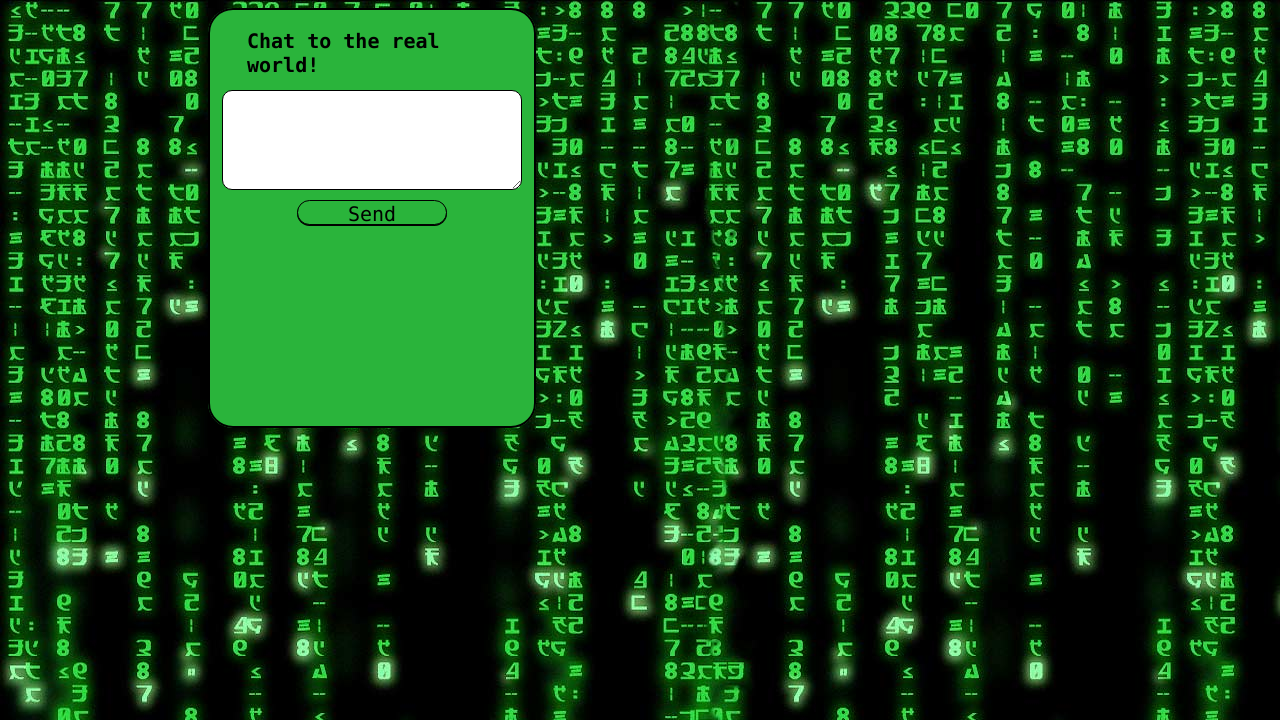
Repository: fr222cy/1dv403-JavaScript-L01
Page: 2-labbymezzage/index.html
The author's editor kept a record of every edit. The page is drawn from the files as they stood at one moment, then again after the next edit.
The browser window is 1280 px wide. The pictures show the whole page.

Above is the page before.

### 2-labbymezzage/index.html
<html>
<head>
    	<meta charset="UTF-8" />
    	<title>Labby Mezzage!</title>
    	<link rel="stylesheet" href="style.css">
        <script src="Message.js"></script>
         <script src="MessageBoard.js"></script>
</head>
    <body>
            <fieldset id="fieldset">
                <h1>Chat to the real world! </h1>

                <textarea id="form"name="Text:" rows="3" cols="20"></textarea></div>
                <input id ="send" type="submit" value="Send" >
                </div>
            </fieldset>


    </body>
</html>

### 2-labbymezzage/style.css
body
{

    background-image:url("pics/matrix.jpg");
}
#fieldset
{
    margin-left:200px;
    float:left;
    background-color:#2AB43B;
    max-width: 300px;
    height: 400px;
     border: 2px solid;
    border-radius: 25px;
}
#form
{

    font-family:Consolas, monaco, monospace;
    min-width: 300px;
    max-width: 300px;
    min-height: 100px;
    max-height: 100px;
    border:1px solid black;
    border-radius: 10px;
}

#send
{
    margin-top:10px;
    font-family:Consolas, monaco, monospace;
    font-size:20px;
    margin-left:75px;
    height:25px;
    width:150px;
    border: 1px solid black;
    border-radius:25px;
    background-color:#2AB43B;
    box-shadow:0px 1px 0px 0px;

}

h1
{
    font-family:Consolas, monaco, monospace;
    font-size:20px;
    position:relative;
    margin-left:25px;
}

h2
{
    font-family:Consolas, monaco, monospace;
    font-size:15px;
    margin-left:80px;
}
.hover
{
    background-color:red;
    height:27px;
    width:170px;

}



#displayMessage
{
    font-family:Consolas, monaco, monospace;
    color:white;
    font-size:20px;
    margin-top:100px;
    margin-right:200px;
    border: 2px solid black;
    border-radius:15px;
    background-color:#2AB43B;
    height:200px;
    width:300px;
    float:right;
}

### 2-labbymezzage/Message.js
function Message(message, date)
{

    this.getText = function()
    {
        return message;
    };

    this.setText = function(_text)
    {
        message = _text;
    };


    this.getDate = function()
    {
        return date;
    };

    this.setDate = function(_date)
    {
        date = _date;
    };

    Message.prototype.toString = function()
    {
      return this.getText()+" ("+this.getDate()+")";
    };

    Message.prototype.getHTMLText = function()
    {
      return this.getText().replace(/[\n\r]/g, "<br/>");
    };

     Message.prototype.getDateText = function()
    {
       var hours = this.getDate().getHours();
       var minutes = this.getDate().getMinutes();
       var seconds = this.getDate().getSeconds();

       return hours +" " +minutes+ " "+seconds;
    };
}

### 2-labbymezzage/MessageBoard.js
"use strict";

window.onload = function()
{
    var messages = [];
    var formText = document.getElementById("form");
    var send = document.getElementById("send");
    var messageObject = {};


    //När användaren klicka så på send så hoppar vi ner i denna funktion.
    send.addEventListener("click", function (e)
    {
        e.preventDefault();
        messageObject = new Message(formText.value, new Date());

        messages.push(messageObject);

        renderMessage(messages);

    });

    var renderMessage = function (messages){

       var element = document.createElement("p")



       for (var i = 0; i < messages.length; i++)
       {
            element.innerHTML = messages[i];

       }



    }
};

After the next edit:
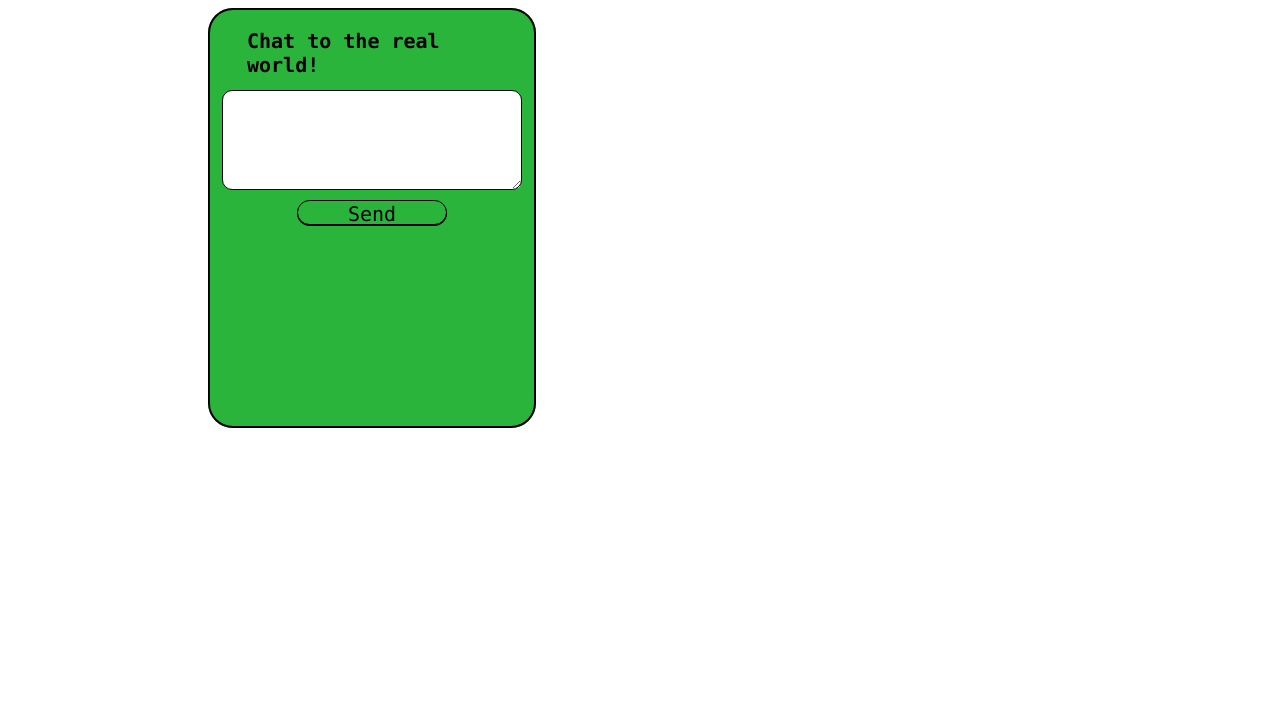
The edit:
--- a/2-labbymezzage/style.css
+++ b/2-labbymezzage/style.css
@@ -1,7 +1,7 @@
 body
 {
 
-    background-image:url("pics/matrix.jpg");
+    /*background-image:url("pics/matrix.jpg");*/
 }
 #fieldset
 {
